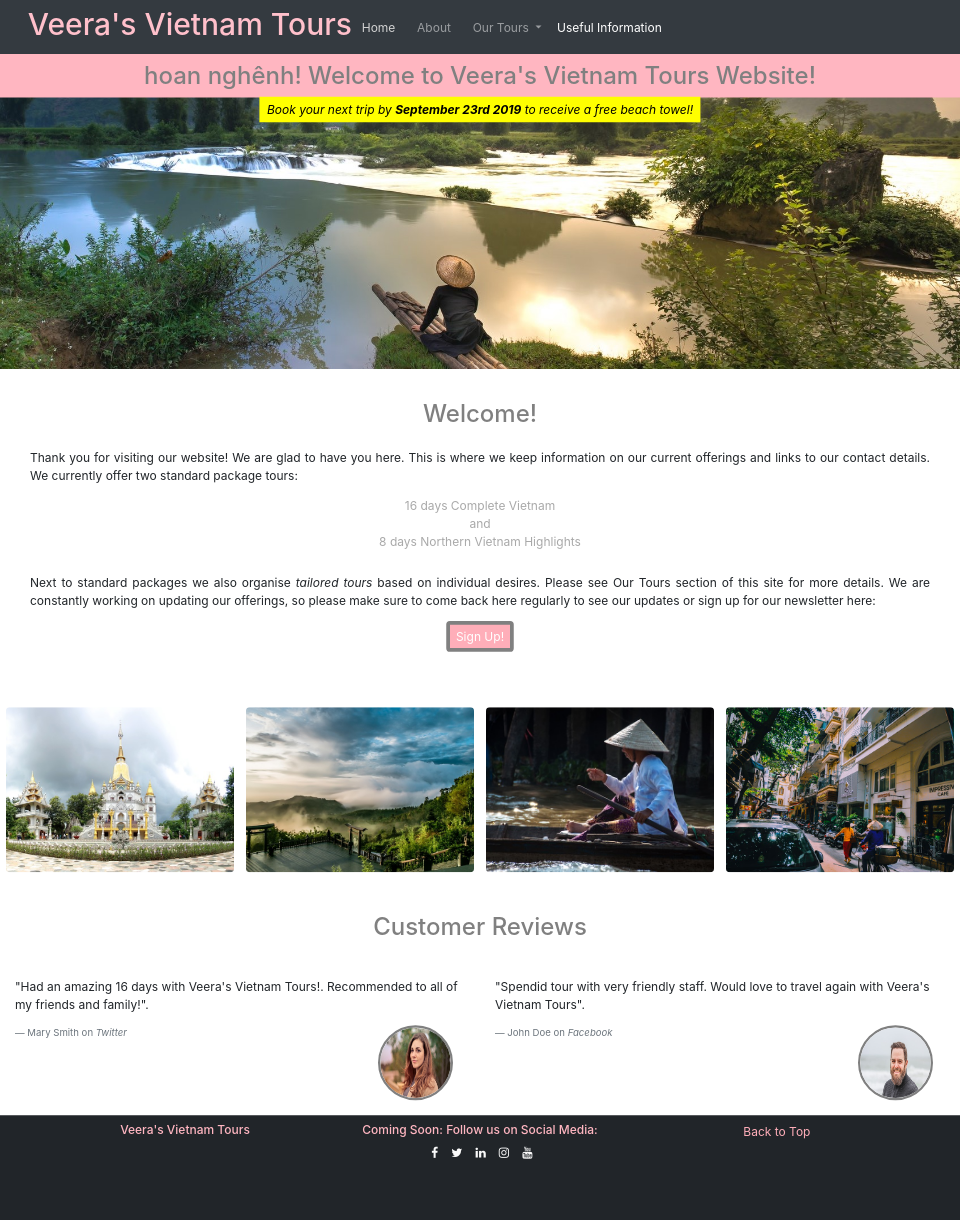
Repository: VAhola/VietnamTour
Page: index.html
The author's editor kept a record of every edit. The page is drawn from the files as they stood at one moment, then again after the next edit.
The browser window is 1280 px wide. The pictures show the whole page, at 75% of full size.

Above is the page before.

After the next edit:
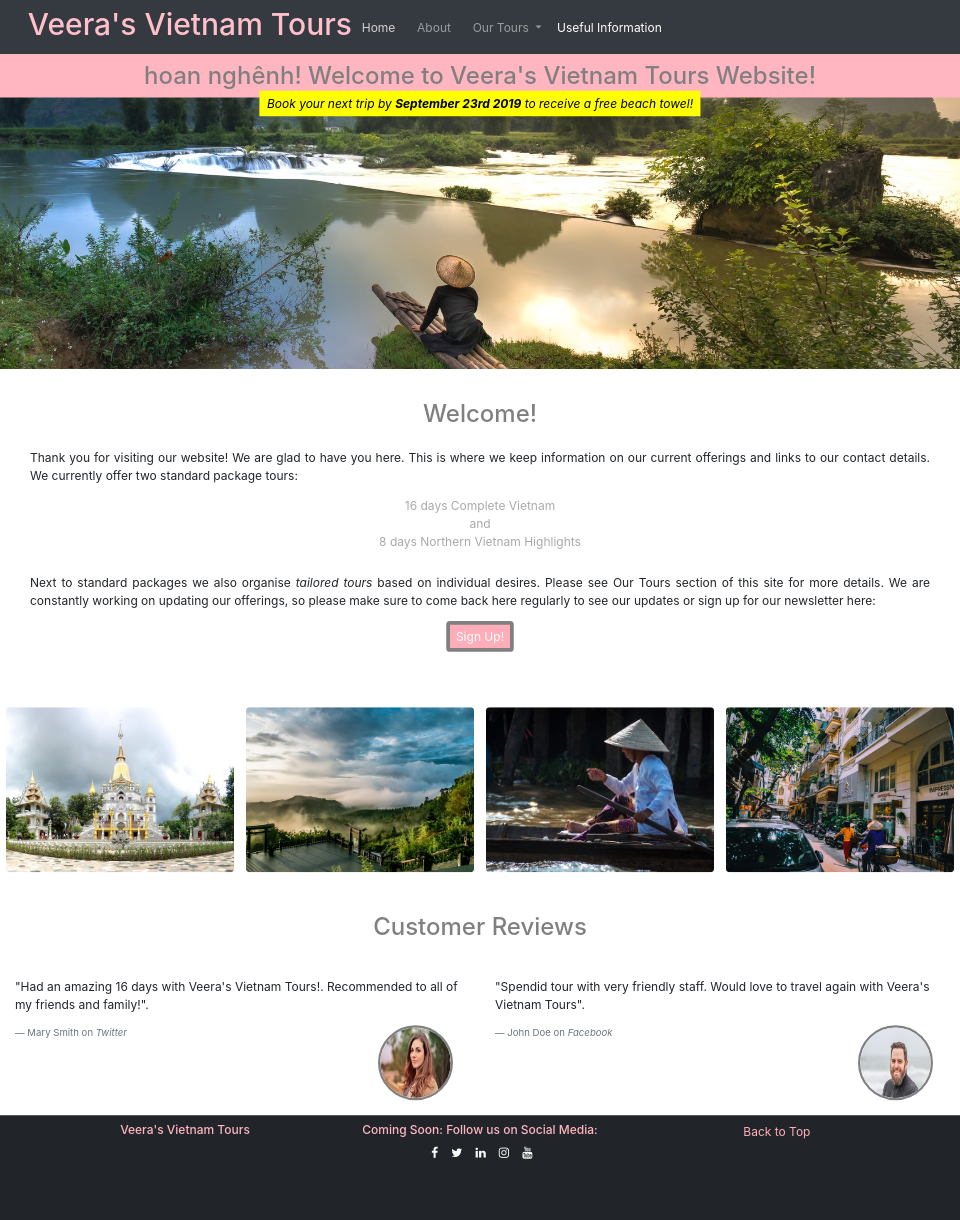
The edit:
--- a/style.css
+++ b/style.css
@@ -54,6 +54,7 @@
     background-color:#ffb6c1;
     padding: 10px 5px;
     color: gray;
+    margin-bottom: 0px;
 }
 
 .intro1 {
